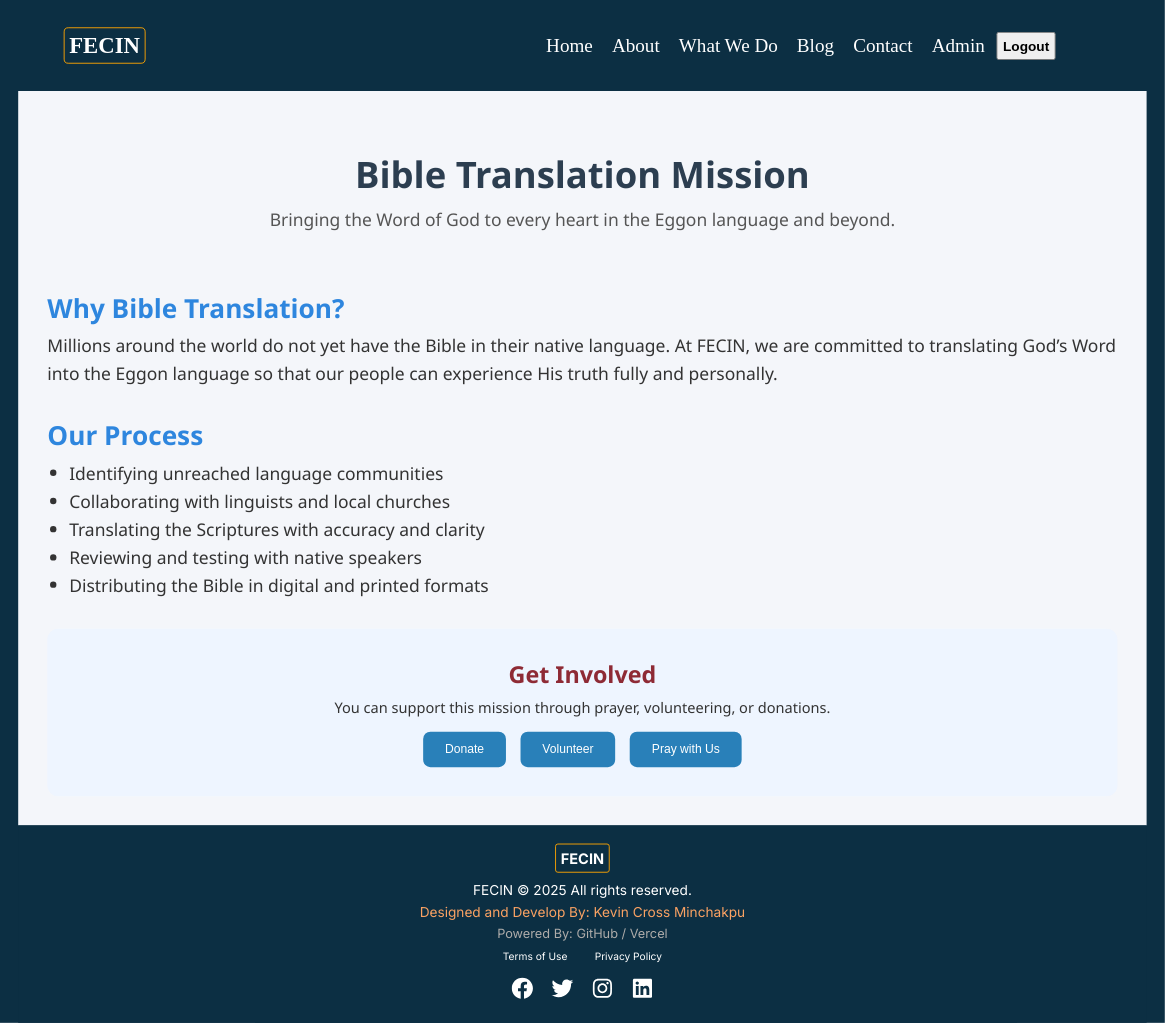
Repository: KCMinchakpu/fecin-projectgs497
Page: /bible-translation
The author's editor kept a copy of each file at every save. The page is drawn from the files as they stood at one save, then again after the next save.
The browser window is 1280 px wide. The pictures show the whole page, at 91% of full size.
The project was rebuilt for these pictures with package versions that can differ from the ones it lists, and the page was loaded fresh each time. The framework's server and built-in components were replaced by stand-ins that run in the browser. Also part of the build but not shown: next.config.mjs.

Above is the page before, as saved 2025-04-06 13:51:28.

### src/app/layout.js
import {Inter} from "next/font/google";
import "./globals.css";
import Navbar from "@/components/navbar/Navbar";
import Footer from "@/components/footer/Footer";

const inter = Inter({ subsets: ["latin"]});

export const metadata = {
  title: "FECIN Bible Translation Project",
  description: "This is the official FECIN Bible Translation Project",
};

export default function RootLayout({ children }) {
  return (
    <html lang="en">
      <body className={inter.className}>
        <div className="container">
        <Navbar />
        {children}
        <Footer />
        </div>
      </body>
    </html>
  );
}

### src/app/bible-translation/page.jsx
// app/bible-translation/page.tsx

import styles from './BibleTranslation.module.css';
import Link from 'next/link';

const BibleTranslationPage = () => {
  return (
    <div className={styles.container}>
      <section className={styles.hero}>
        <h1>Bible Translation Mission</h1>
        <p>Bringing the Word of God to every heart in the Eggon language and beyond.</p>
      </section>

      <section className={styles.content}>
        <h2>Why Bible Translation?</h2>
        <p>
          Millions around the world do not yet have the Bible in their native language. At FECIN, we are
          committed to translating God’s Word into the Eggon language so that our people can experience His truth
          fully and personally.
        </p>
      </section>

      <section className={styles.content}>
        <h2>Our Process</h2>
        <ul>
          <li>Identifying unreached language communities</li>
          <li>Collaborating with linguists and local churches</li>
          <li>Translating the Scriptures with accuracy and clarity</li>
          <li>Reviewing and testing with native speakers</li>
          <li>Distributing the Bible in digital and printed formats</li>
        </ul>
      </section>

      <section className={styles.cta}>
        <h2>Get Involved</h2>
        <p>You can support this mission through prayer, volunteering, or donations.</p>
        <div className={styles.buttons}>
          <Link href="/donate"><button>Donate</button></Link>
          <Link href="/volunteer"><button>Volunteer</button></Link>
          <Link href="/prayer-requests"><button>Pray with Us</button></Link>
        </div>
      </section>
    </div>
  );
};

export default BibleTranslationPage;

### src/app/globals.css
:root {
    --bg: #0c2f43;
    --text: white;
    --bgSoft: #091f2c;
    --textSoft: rgb(237, 232, 232);
    --btn: #de3c21;
    --bgWhite: white;
    --textGray: #444444;
}

/* Box sizing rules */
* {
    box-sizing: border-box;
    margin:0;
    padding: 0;
  }

/* Set core body defaults */
body {
    background-color: var(--bgWhite);
    color: var(--text);
  }

a {
    color: inherit;
    text-decoration: none;
}

.container {
  background-color: var(--bg);
  width: 100%; /* Default for small screens */
  margin: auto;
  padding-left: 20px;
  padding-right: 20px;
  min-height: 120vh;
  display: flex;
  flex-direction: column;
  justify-content: space-between;
}

### src/components/navbar/Navbar.jsx
import React from 'react';
import Link from 'next/link';
import Links from "./links/Links";
import styles from "./navbar.module.css";

const Navbar = () => {
  return (
    <div className={styles.container}>
      <Link href="/" className={styles.logo}>FECIN</Link>
      <div>
        <Links />
      </div>
    </div>
  );
};

export default Navbar;

### src/components/footer/Footer.jsx
import React from 'react';
import styles from './footer.module.css';
import { FaFacebook, FaTwitter, FaInstagram, FaLinkedin } from 'react-icons/fa';

const Footer = () => {
  return (
    <div className={styles.container}>
      <div className={styles.logo}>
        {/* You can add a logo image here if needed */}
        <h2>FECIN</h2>
      </div>
      <div>
        <p className={styles.text}>FECIN © 2025 All rights reserved.</p>
        <p className={styles.author}>
          <a href="https://www.linkedin.com/in/kevin-cross-minchakpu-7897379a" target="_blank">Designed and Develop By: Kevin Cross Minchakpu</a>
          </p>
        <p className={styles.company}>
          <a href="https://octatesystems.github.io/OSNigeria/">Powered By: GitHub / Vercel</a>
          </p>
      </div>
      <div className={styles.links}>
        <a href="/terms" className={styles.link}>Terms of Use</a>
        <a href="/privacy" className={styles.link}>Privacy Policy</a>
      </div>
      <div className={styles.socialIcons}>
        <a href="https://facebook.com" target="_blank" rel="noopener noreferrer" className={styles.icon}>
          <FaFacebook />
        </a>
        <a href="https://twitter.com" target="_blank" rel="noopener noreferrer" className={styles.icon}>
          <FaTwitter />
        </a>
        <a href="https://instagram.com" target="_blank" rel="noopener noreferrer" className={styles.icon}>
          <FaInstagram />
        </a>
        <a href="https://linkedin.com" target="_blank" rel="noopener noreferrer" className={styles.icon}>
          <FaLinkedin />
        </a>
      </div>
    </div>
  );
};

export default Footer;

### src/app/bible-translation/BibleTranslation.module.css
.container {
    padding: 2rem;
    font-family: 'Segoe UI', Tahoma, Geneva, Verdana, sans-serif;
    background-color: #f4f6fa;
  }

  .hero {

    padding: 2rem;
    border-radius: 12px;
    text-align: center;
    margin-bottom: 2rem;
  }

  .hero h1 {
    font-size: 2.5rem;
    margin-bottom: 0.5rem;
    color: #2c3e50;
  }

  .hero p {
    font-size: 1.2rem;
    color: #555;
  }

  .content {
    margin-bottom: 2rem;
  }

  .content h2 {
    font-size: 1.8rem;
    color: #2e86de;
    margin-bottom: 0.5rem;
  }

  .content p, .content ul {
    font-size: 1.2rem;
    line-height: 1.6;
    color: #333;
  }

  .content ul {
    padding-left: 1.5rem;
  }

  .cta {
    background-color: #eef5ff;
    padding: 2rem;
    border-radius: 12px;
    text-align: center;
  }

  .cta h2 {
    color: #8e2a35;
    font-size: 1.6rem;
    margin-bottom: 0.5rem;
  }

  .cta p {
    color: #333;
    margin-bottom: 1rem;
  }

  .buttons {
    display: flex;
    gap: 1rem;
    justify-content: center;
    flex-wrap: wrap;
  }

  .buttons button {
    background-color: #2980b9;
    color: white;
    padding: 0.75rem 1.5rem;
    border: none;
    border-radius: 8px;
    cursor: pointer;
    transition: background-color 0.3s;
  }

  .buttons button:hover {
    background-color: #21618c;
  }

### src/components/navbar/links/Links.jsx
"use client"

import React from "react";
import {useState} from  "react";
import Image from 'next/image';
import NavLink from "../navLink/NavLink";
import styles from "./links.module.css";


const links = [
  { title: "Home", path: "/" },
  { title: "About", path: "/about" },
  { title: "What We Do", path: "/whatwedo" },
  { title: "Blog", path: "/blog" },
  { title: "Contact", path: "/contact" },
];

const Links = () => {
  const [open,setOpen] = useState(false)

  //Temporary
  const session = true
  const isAdmin = true

  return (
    <div className={styles.container}>
    <div className={styles.links}>
      {links.map((link) => (
        <NavLink item={link} key={link.title} />
      ))}
      {session ? (
          <>
          {isAdmin && <NavLink item={{title: "Admin", path: "/admin"}} />}
         <button className={styles.logout}>Logout</button>
         </>
        ) : (
          <NavLink item={{title: "Login", path: "/login"}} />
        )
      }
      </div>
      <Image
      className={styles.menuButton}
      src="/menu.png"
      alt="Hamburger menu"
      width={30}
      height={30} onClick={() => setOpen((prev) => !prev)}
      />

      {open && ( <div className={styles.mobileLinks}>
          {links.map((link) => (
        <NavLink item={link} key={link.title} />
      ))}
    </div>
)}
</div>
  );
};

export default Links;

### src/components/navbar/navbar.module.css
.container {
    height: 100px;
    display: flex;
    align-items: center;
    justify-content: space-between;
}

.logo {
    font-size: 25px;
    font-weight: bold;
    font-family: "Play", serif;
    font-weight: 700;
    font-style: normal;
    border: 1.5px solid orange;
    padding: 5px;
    border-radius: 5px;
    margin-left: 50px;
}

### src/components/footer/footer.module.css
/* Footer Container */
.container {
    background-color: var(--bg);
    color: white;
    display: flex;
    flex-direction: column;
    align-items: center;
    justify-content: space-between;
    padding: 20px;
    text-align: center;
  }

  .logo h2 {
    font-size: 1rem;
    margin-bottom: 10px;
    border: 1px solid orange;
    padding: 5px;
    border-radius: 3px;
  }

  .text {
    margin-bottom: 5px;
    font-size: 15px;

  }
  .author {
    margin-bottom: 5px;
    font-size: 15px;
    color: rgb(250, 162, 99);
  }

  .company {
    margin-bottom: 5px;
    font-size: 14px;
    color: rgb(174, 172, 170);
  }

  .author:hover {
    text-decoration: underline;
  }

  .company:hover {
    text-decoration: underline;
  }

  .links {
    margin-bottom: 15px;
  }

  .link {
    color: white;
    margin: 0 15px;
    text-decoration: none;
    font-size: 0.7rem;
  }

  .link:hover {
    text-decoration: underline;
  }

  .socialIcons {
    display: flex;
    justify-content: center;
    gap: 20px;
  }

  .icon {
    font-size: 1.5rem;
    color: white;
    transition: color 0.3s ease;
  }

  .icon:hover {
    color: #0070f3;
  }


  @media (min-width: 768px) {
    .container {
      flex-direction: column;
      align-items: center;
      justify-content: space-around;
    }
  }

### src/components/navbar/navLink/navLink.jsx
"use client";

import React from "react";
import Link from "next/link";
import { usePathname } from "next/navigation";
import styles from "./navLink.module.css";

const NavLink = ({ item }) => {
  const pathName = usePathname();
  return (
    <Link
      href={item.path}
      className={`${styles.container} ${
        pathName === item.path ? styles.active : ""
      }`}
    >
      {item.title}
    </Link>
  );
};

export default NavLink;

### src/components/navbar/links/links.module.css
.links {
    display: flex;
    align-items: center;
    gap: 5px;
    font-family: "Play", serif;
    font-style: normal;
    margin-right: 100px;
    font-size: 21px;
}

.logout {
    padding: 5px;
    cursor: pointer;
    font-weight: bold;
    font-size: 15px;
}

.menuButton,
.mobileLinks {
   display: none;
  }

  @media (max-width: 480px){
    .links {
        display: none;
    }

    .menuButton {
        display: block;
        cursor: pointer;
      }

    .mobileLinks {
        position: absolute;
        top: 100px;
        right: 0;
        width: 50%;
        height: calc(100vh-100px);
        /*background-color: var(--bg);*/
       background-color: brown;
        display: flex;
        flex-direction: column;
        align-items: center;
        justify-content: center;
        gap: 10px;
      }
  }

### src/components/navbar/navLink/navLink.module.css
.container {
    padding: 8px;
    text-align: center;


}

.active {
    background-color: var(--text);
    color: var(--btn);
}

After the next save:
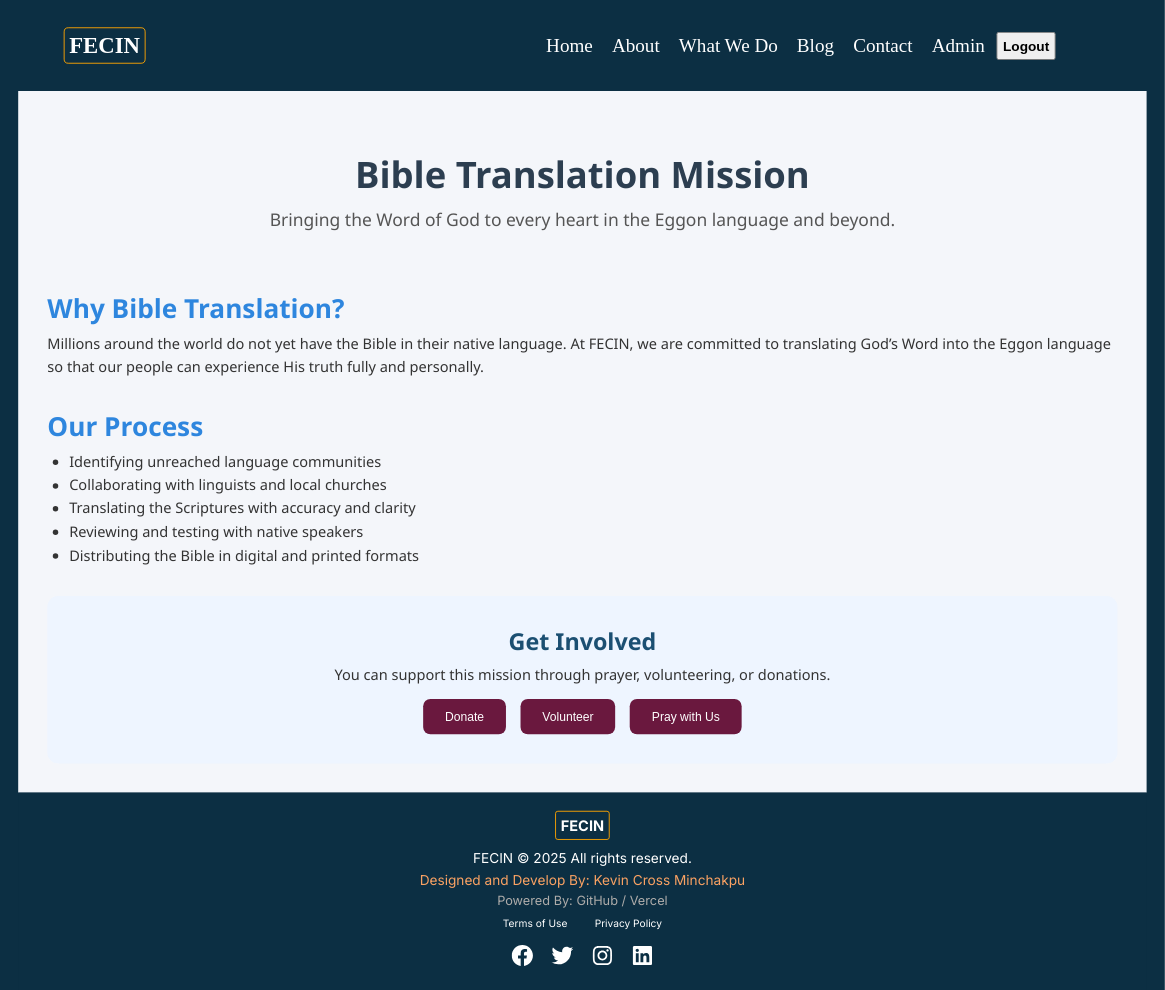
Saved 56 s later.
--- a/src/app/bible-translation/BibleTranslation.module.css
+++ b/src/app/bible-translation/BibleTranslation.module.css
@@ -34,7 +34,7 @@
   }
 
   .content p, .content ul {
-    font-size: 1.2rem;
+    font-size: 1rem;
     line-height: 1.6;
     color: #333;
   }
@@ -51,7 +51,7 @@
   }
 
   .cta h2 {
-    color: #8e2a35;
+    color: #1b4f72;
     font-size: 1.6rem;
     margin-bottom: 0.5rem;
   }
@@ -69,7 +69,7 @@
   }
 
   .buttons button {
-    background-color: #2980b9;
+    background-color: #6a183e;
     color: white;
     padding: 0.75rem 1.5rem;
     border: none;
